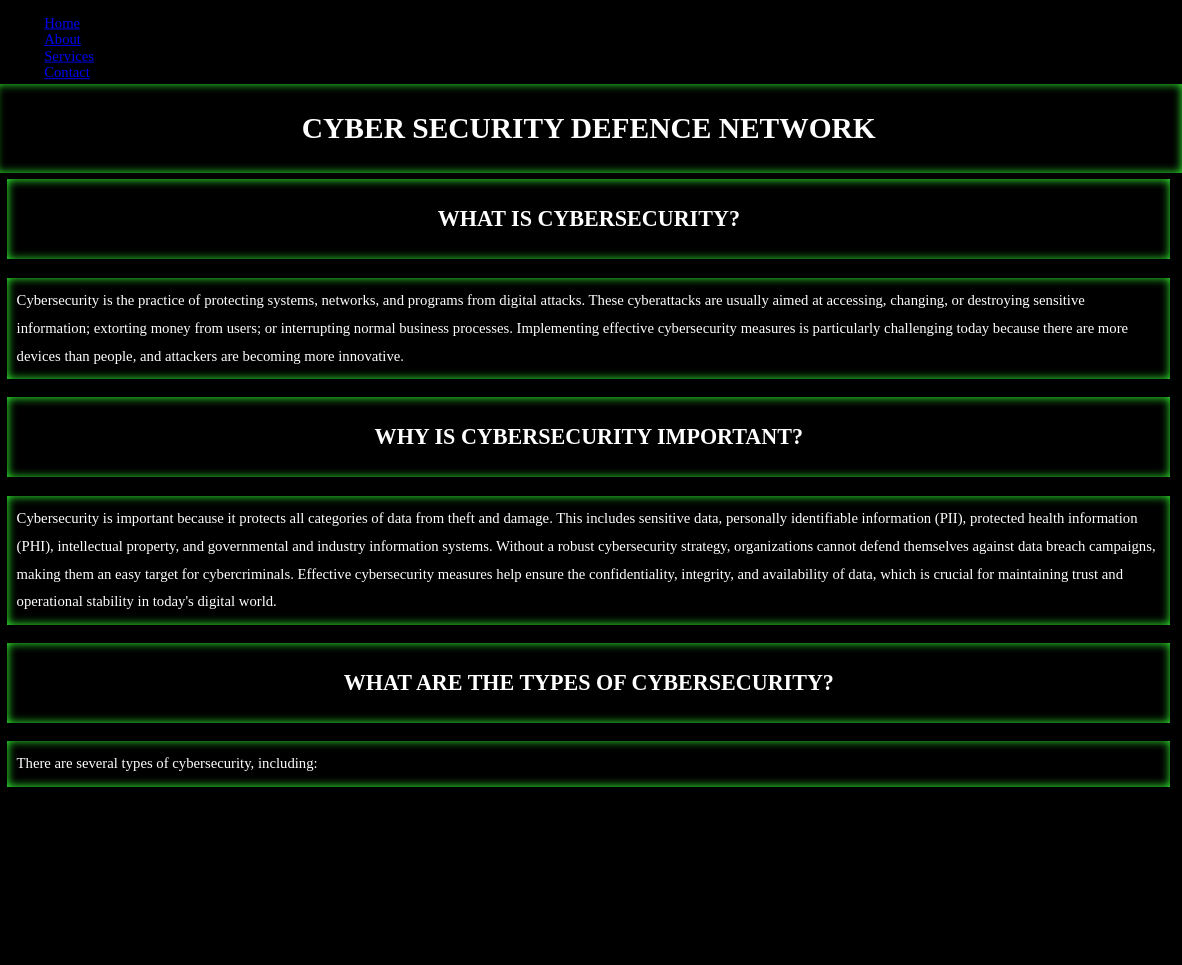
Repository: newworldhost/nwh
Page: index.html
The author's editor kept a copy of each file at every save. The page is drawn from the files as they stood at one save, then again after a run of saves.
The browser window is 1280 px wide. The page is 1285 px wide, so the pictures cover 1285 px, including what lies to the right of the window. The pictures show the whole page, at 92% of full size.

Above is the page before, as saved 2025-03-04 15:48:29.

### index.html
<!DOCTYPE html>
<html lang="en">
<head>
    <meta charset="UTF-8">
    <meta name="viewport" content="width=device-width, initial-scale=1.0">
    <meta name="author" content="cyber security defence network">
    <meta name="description" content="cyber security defence network">
    <meta name="keywords" content="cyber security defence network">
    <link rel="stylesheet" href="style.css">
    <title>cyber security defence network</title>
</head>
<body>
    <header>
        <nav>
            <ul>
                <li><a href="index.html">Home</a></li>
                <li><a href="about.html">About</a></li>
                <li><a href="services.html">Services</a></li>
                <li><a href="contact.html">Contact</a></li>
            </ul>
        </nav>
    <h1>cyber security defence network</h1>

    <h2>What is cybersecurity?</h2>
    <p>Cybersecurity is the practice of protecting systems, networks, and programs from digital attacks. These cyberattacks are usually aimed at accessing, changing, or destroying sensitive information; extorting money from users; or interrupting normal business processes. Implementing effective cybersecurity measures is particularly challenging today because there are more devices than people, and attackers are becoming more innovative.</p>
    <h2>Why is cybersecurity important?</h2>
    <p>Cybersecurity is important because it protects all categories of data from theft and damage. This includes sensitive data, personally identifiable information (PII), protected health information (PHI), intellectual property, and governmental and industry information systems. Without a robust cybersecurity strategy, organizations cannot defend themselves against data breach campaigns, making them an easy target for cybercriminals. Effective cybersecurity measures help ensure the confidentiality, integrity, and availability of data, which is crucial for maintaining trust and operational stability in today's digital world.</p>
    <h2>What are the types of cybersecurity?</h2>
    <p>There are several types of cybersecurity, including:</p>
    <ul>
        <li><strong>Network Security:</strong> Protects the integrity, confidentiality, and availability of data as it is transmitted across or between networks.</li>
        <li><strong>Application Security:</strong> Focuses on keeping software and devices free of threats. A compromised application could provide access to the data it is designed to protect.</li>
        <li><strong>Information Security:</strong> Protects the integrity and privacy of data, both in storage and in transit.</li>
        <li><strong>Operational Security:</strong> Includes the processes and decisions for handling and protecting data assets. The permissions users have when accessing a network and the procedures that determine how and where data may be stored or shared all fall under this umbrella.</li>
        <li><strong>Disaster Recovery and Business Continuity:</strong> Defines how an organization responds to a cybersecurity incident or any other event that causes the loss of operations or data. Disaster recovery policies dictate how the organization restores its operations and information to return to the same operating capacity as before the event.</li>
        <li><strong>End-user Education:</strong> Addresses the most unpredictable cybersecurity factor: people. By teaching users to delete suspicious email attachments, avoid plugging in unidentified USB drives, and various other important lessons, any organization can significantly improve its cybersecurity.</li>
    </ul>
</body>
</html>

### style.css
h1 {
    text-align: center;
    background-color: black;
    color:white;
    padding:30px;
    text-transform: uppercase;
    box-shadow: inset 0 0 10px #33ff33;
    margin:-13px;
}
h2 {
    text-align: center;
    background-color: black;
    color:white;
    padding:30px;
    text-transform: uppercase;
    box-shadow: inset 0 0 10px #33ff33;
}
p {
    background-color:black;
    color:white;
    padding:10px;
    box-shadow: inset 0 0 10px #33ff33;
    line-height: 30px;
    list-style-type: none;
}
body {
    background-color:black;
}
ul {
    background-color:black;

}

After the next 3 saves:
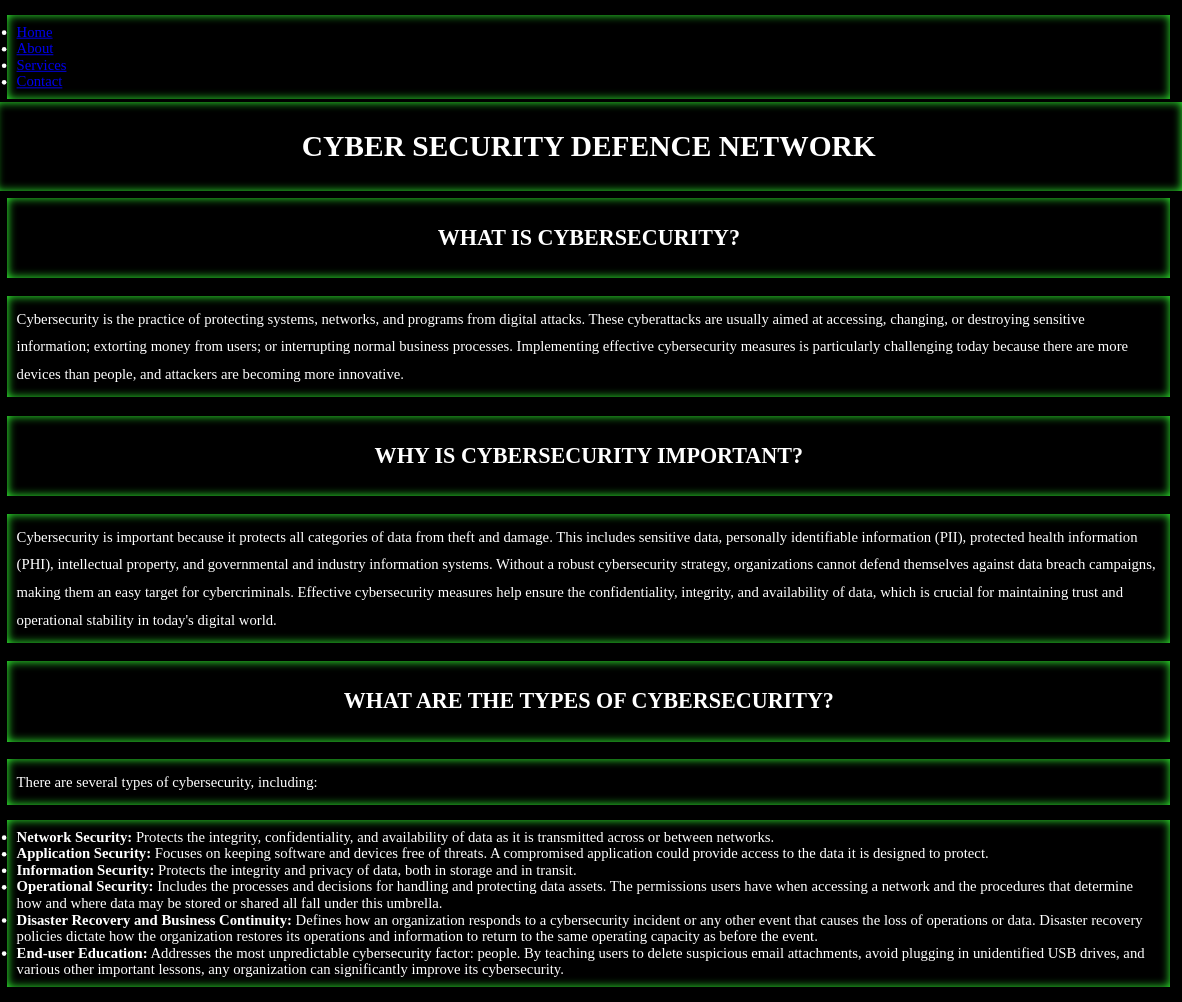
The 3 saves are shown as one change because they came seconds apart.
The last was saved 7 s later.
--- a/style.css
+++ b/style.css
@@ -28,5 +28,7 @@ body {
 }
 ul {
     background-color:black;
-
+    color:white;
+    padding:10px;
+    box-shadow: inset 0 0 10px #33ff33;
 }
